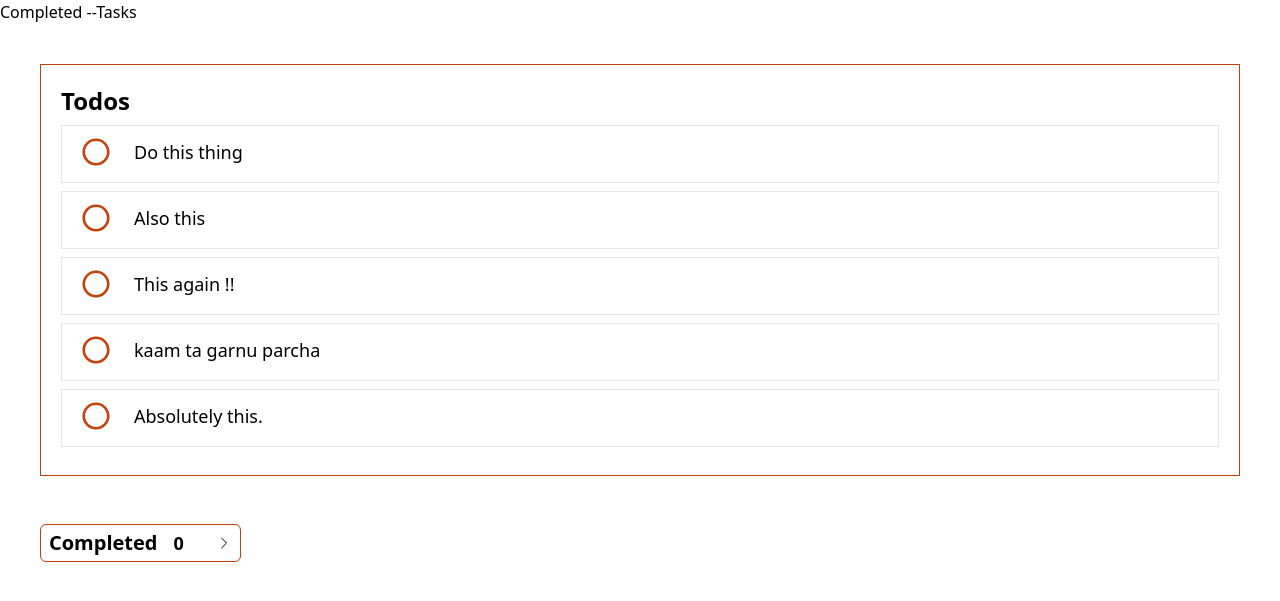
Repository: thekingisherenow/personalTodo
Page: /
The author's editor kept a copy of each file at every save. The page is drawn from the files as they stood at one save, then again after the next save.
The browser window is 1280 px wide. The pictures show the whole page.
The project was rebuilt for these pictures with package versions that can differ from the ones it lists, and the page was loaded fresh each time. The framework's server and built-in components were replaced by stand-ins that run in the browser. Also part of the build but not shown: next.config.js, components/CompletedTodo.js, styles/Home.module.css.

Above is the page before, as saved 2022-12-16 08:58:52.

### pages/index.js
import Head from 'next/head'
import Image from 'next/image'
import Completed from '../components/CompletedTodos'
import Todos from '../components/Todos'
import styles from '../styles/Home.module.css'

export default function Home() {
  return (
    <div>
      <Head>
        <title>Create Next App</title>
        <meta name="description" content="To-do App" />
        <link rel="icon" href="/favicon.ico" />
      </Head>

     <div className='bg-white'>
      <h1 className='bg-white'>Completed --Tasks</h1>
      <Todos/>

      {/* //Completed tasks */}
      <Completed />
     </div>
    </div>
  )
}

### components/CompletedTodos.js
import { ChevronDownIcon, ChevronRightIcon } from '@heroicons/react/24/outline'
import React, { useState } from 'react'
import CompletedTodo from './CompletedTodo'

function Completed() {
  const [todolist, setTodolist] = useState([])
  const [open, setOpen] = useState(false)
  return (
    <div className='p-2 m-3 '>
      <button onClick={()=>setOpen(!open)}
      className='font-bold text-xl ml-5 border border-orange-700 px-2 py-1 rounded-md flex'><span>Completed</span>
      <span className='mx-4 text-normal text-lg text-center my-auto '>{todolist.length}</span>
      <span>{open? <ChevronDownIcon className='w-4 h-5 items-center ml-4 mt-1 ' />
      :<ChevronRightIcon className='w-4 h-5 items-center ml-4 mt-1 ' />}</span> </button>

      {open && <div className='border p-3 m-7 border-orange-700'>
            {todolist.length? todolist.map((todo,index)=>{
                return(
                    <CompletedTodo key={index} index={index} todo={todo}  />
                    )
                }):<div className='p-8  text-gray-400'>No items to display.</div>}
            </div>}
    </div>
  )
}

export default Completed

### components/Todos.js
import React, { useEffect, useState } from 'react'
import Todo from './Todo'

function Todos() {

    const [todolist, setTodolist] = useState([ "Do this thing","Also this", "This again !!" ,"kaam ta garnu parcha","Absolutely this."])

     //a function that removes the data.
     const tick = (data)=>{
        console.log("hello")
        console.log("the index from todo is",data)
        setTodolist(todolist.filter((item,index)=>  index !== data  ) )
        console.log("todo after filter",todolist)
        // setTodolist(todolist)
    }

  return (
    <div className='p-5 m-10 border border-orange-700'>
      <h1 className='font-bold text-2xl'>Todos</h1>
        <div>
            {todolist.length? todolist.map((todo,index)=>{
                return(
                    <Todo key={index} index={index} todo={todo} tick ={tick} />
                    )
                }):<div className='p-8  text-gray-400'>No items to display.</div>}
            </div>

    </div>
  )
}

export default Todos

### components/Todo.js
import React, { useState } from 'react'
import { CheckCircleIcon } from '@heroicons/react/24/outline'
import { FaRegCircle ,FaRegCheckCircle } from 'react-icons/fa';

function Todo({todo,index,tick}) {
    const [check, setCheck] = useState(false)

//    console.log("the index inside the todo component is:",index)
  return (
    <div className='border  p-2 my-2 flex'>
        <div onClick={()=>tick(index)}
         className=' w-9 h-9 flex justify-center ml-2 items-center' onMouseEnter={()=>setCheck(true)}  onMouseLeave={()=>setCheck(false)} >

        { check?

<FaRegCheckCircle
className=' text-orange-700 w-7 h-7 m-auto' /> :
<FaRegCircle className='w-7 text-orange-700 h-7 m-auto' />
}
</div>

      <span className='text-center h-10 text-lg my-auto  p-1 ml-4 '>{todo}</span>
    </div>
  )
}

export default Todo

Loaded but not shown: pages/_app.js (common file); styles/globals.css (common file); tailwind.config.js (common file)

After the next save:
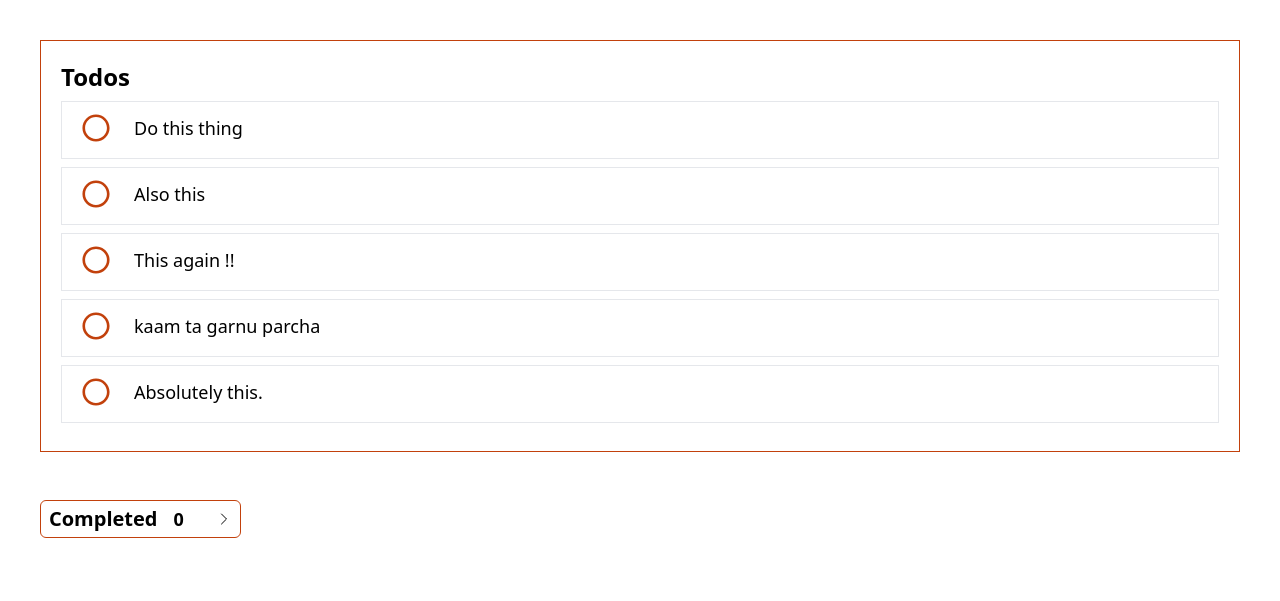
Saved 5 s later.
--- a/pages/index.js
+++ b/pages/index.js
@@ -14,7 +14,7 @@ export default function Home() {
       </Head>
 
      <div className='bg-white'>
-      <h1 className='bg-white'>Completed --Tasks</h1>
+      {/* <h1 className='bg-white'>Completed --Tasks</h1> */}
       <Todos/>
 
       {/* //Completed tasks */}
